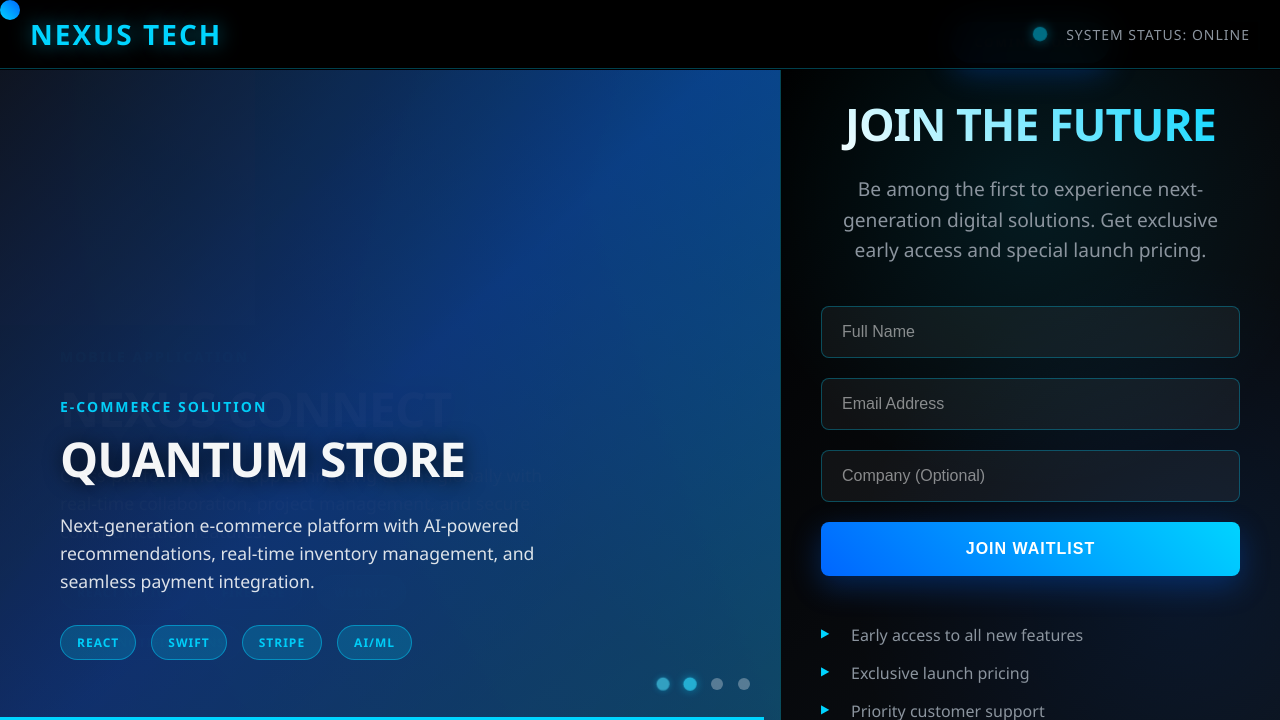
Repository: techandbeauty/NexusTech-Service-Portal
Page: index.html
These files come from the project's save history. The page is drawn as it stood at one moment and after a run of saves; the edit follows.
The browser window is 1280 px wide. The pictures show the whole page.

Above is the page before, as saved 2025-06-17 13:51:07.

After the next 2 saves:
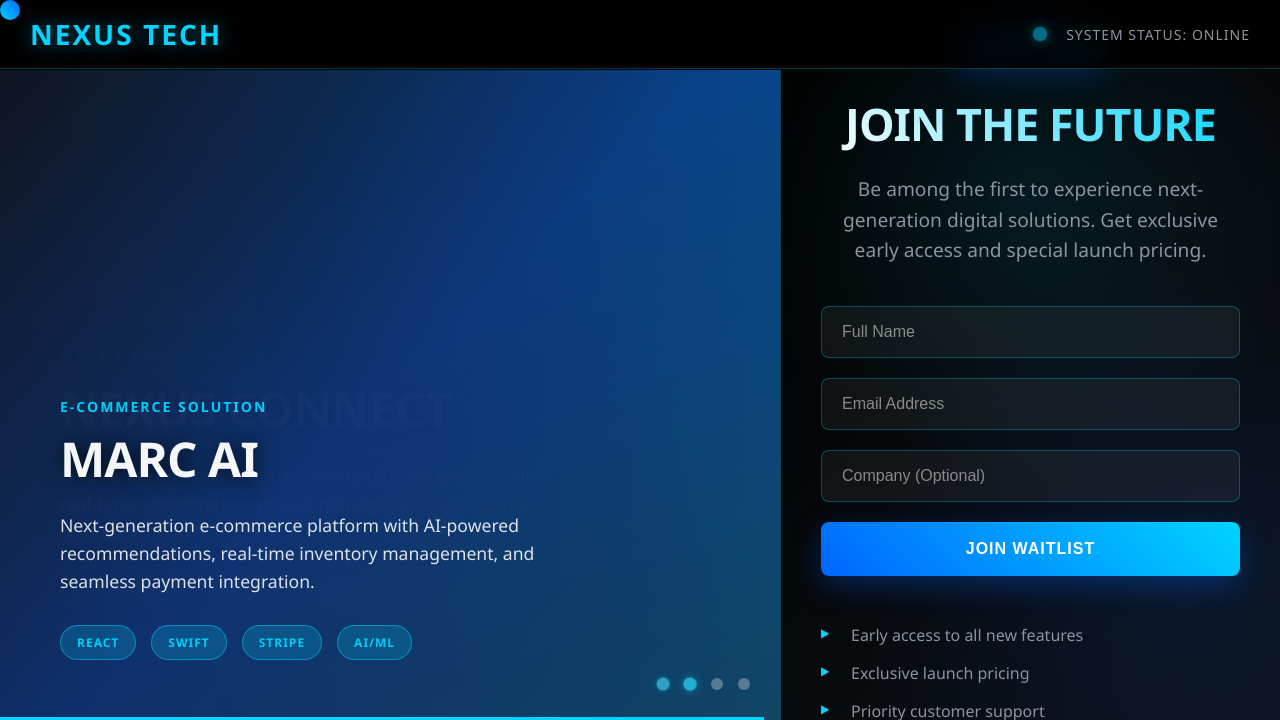
The 2 saves are shown as one change because they came seconds apart.
The last was saved 38 s later.
--- a/index.html
+++ b/index.html
@@ -499,7 +499,7 @@
                 <div class="project-slide active" style="background-image: linear-gradient(45deg, #1a1a2e, #16213e, #0f3460);">
                     <div class="project-info">
                         <div class="project-category">E-Commerce Solution</div>
-                        <h2 class="project-title">Quantum Store</h2>
+                        <h2 class="project-title">MARC Ai</h2>
                         <p class="project-description">
                             Next-generation e-commerce platform with AI-powered recommendations,
                             real-time inventory management, and seamless payment integration.
